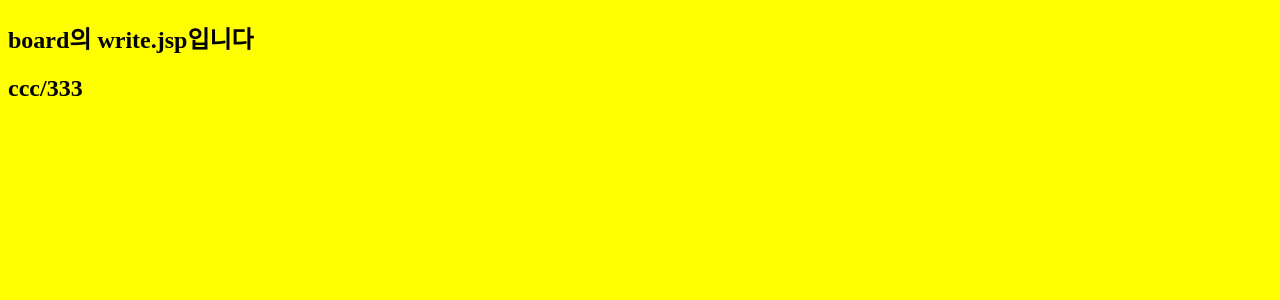
Repository: AsnemBlue/spring_Note
Page: http://localhost/ch09_controller/board/write
The author's editor kept a copy of each file at every save. The page is drawn from the files as they stood at one save, then again after the next save.
The browser window is 1280 px wide. The pictures show the whole page.
The page is served by Tomcat 9. Other server files are loaded and not shown.

Above is the page before, as saved 2020-03-27 08:09:50.

### ch09_controller/src/main/webapp/WEB-INF/views/board/write.jsp
<%@ page language="java" contentType="text/html; charset=UTF-8"
    pageEncoding="UTF-8"%>
<%@ taglib prefix="c" uri="http://java.sun.com/jsp/jstl/core" %>
<c:set var="conPath" value="${pageContext.request.contextPath }"/>
<!DOCTYPE html>
<html>
<head>
	<meta charset="UTF-8">
	<title>Insert title here</title>
	<link href="${conPath }/css/style.css" rel="stylesheet">
</head>
<body>
	<h2>board의 write.jsp입니다</h2>
	<h2>${member.id }/${member.pw }</h2>
	<h2><span onclick="history.back()"></span></h2>
</body>
</html>

### ch09_controller/src/main/java/com/tj/ch09/dto/Member.java
package com.tj.ch09.dto;

public class Member {
	private String id;
	private String pw;
	public Member(String id, String pw) {
		this.id = id;
		this.pw = pw;
	}
	public String getId() {
		return id;
	}
	public String getPw() {
		return pw;
	}

}

### ch09_controller/src/main/webapp/css/style.css
@charset "UTF-8";
body{background-color: yellow;}

After the next save:
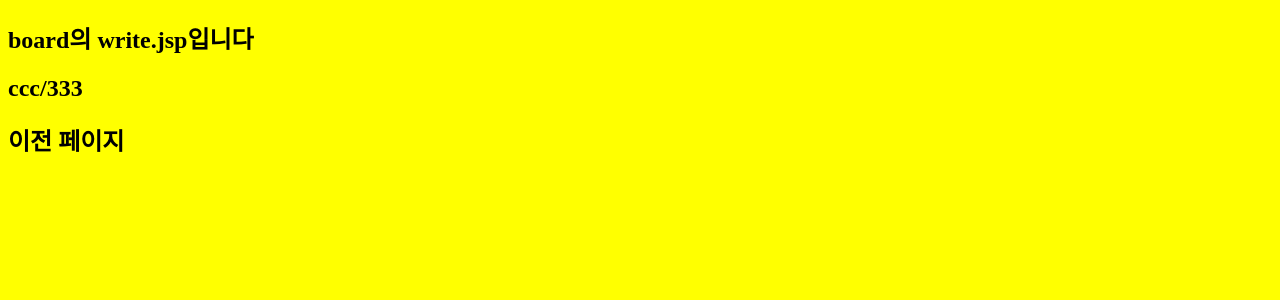
Saved 4 s later.
--- a/ch09_controller/src/main/webapp/WEB-INF/views/board/write.jsp
+++ b/ch09_controller/src/main/webapp/WEB-INF/views/board/write.jsp
@@ -12,6 +12,6 @@
 <body>
 	<h2>board의 write.jsp입니다</h2>
 	<h2>${member.id }/${member.pw }</h2>
-	<h2><span onclick="history.back()"></span></h2>
+	<h2><span onclick="history.back()">이전 페이지</span></h2>
 </body>
 </html>
